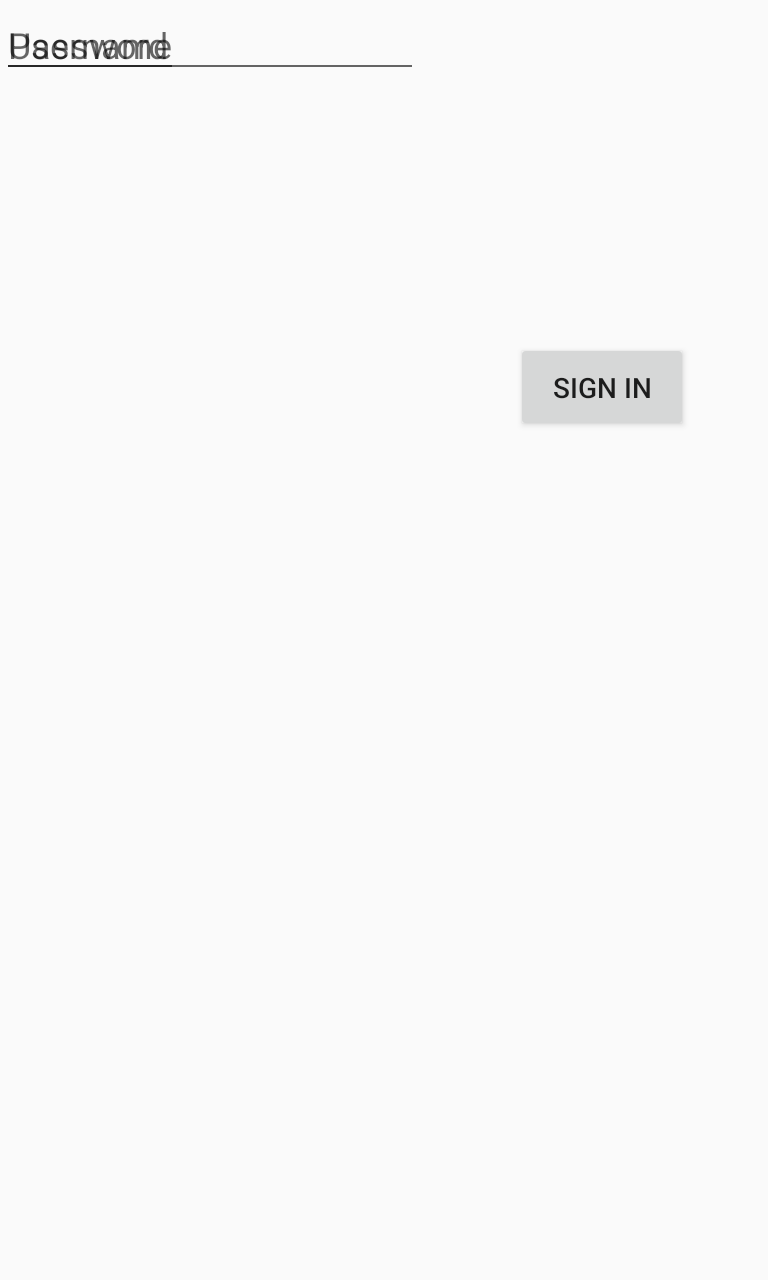
Repository: LogInc/oscar_app
Layout: Android/Oscar/res/layout/activity_login.xml
The author's editor kept a copy of each file at every save. The layout is drawn from the files as they stood at one save, then again after the next save.
It is drawn on a 768 x 1280 px phone screen (xhdpi) without system bars, with theme AppTheme; the app's code is not run.

Above is the layout before, as saved 2015-03-05 09:51:18.

### Android/Oscar/res/layout/activity_login.xml
<RelativeLayout xmlns:android="http://schemas.android.com/apk/res/android"
    xmlns:tools="http://schemas.android.com/tools"
    android:layout_width="match_parent"
    android:layout_height="match_parent"
    tools:context="${relativePackage}.${activityClass}" >

    <Button
        android:id="@+id/SignIn"
        android:layout_width="wrap_content"
        android:layout_height="wrap_content"
        android:layout_alignParentRight="true"
        android:layout_below="@+id/username"
        android:layout_marginRight="39dp"
        android:layout_marginTop="128dp"
        android:text="@string/SignIn" />

    <EditText
        android:id="@+id/password"
        android:layout_width="wrap_content"
        android:layout_height="wrap_content"




        android:ems="10"
        android:hint="@string/Password" />

    <EditText
        android:id="@+id/username"
        android:layout_width="wrap_content"
        android:layout_height="wrap_content"
        android:hint="@string/Username" />

    <ImageView
        android:id="@+id/imageView1"
        android:layout_width="wrap_content"
        android:layout_height="wrap_content"
        android:layout_alignBottom="@+id/username"
        android:layout_alignLeft="@+id/username"
        android:layout_marginBottom="62dp"
        android:src="@drawable/signup" />

</RelativeLayout>

### Android/Oscar/res/values/strings.xml
<?xml version="1.0" encoding="utf-8"?>
<resources>

    <string name="app_name">Oscar</string>
    <string name="title_activity_login">Login</string>
    <string name="hello_world">Hello world!</string>
    <string name="Password">Password</string>
    <string name="Username">Username</string>
    <string name="SignIn">Sign In</string>
    <string name="title_activity_home">Home</string>
    <string name="Modes">House Modes</string>
    <string name="OscarHouse">Enter Oscar Home</string>
    <string name="title_activity_modes">Modes</string>
    <string name="Gathering">Gathering Mode</string>
    <string name="Power">Power Saving</string>
    <string name="LightsOut">Lights Out</string>
    <string name="Study">Study Mode</string>
    <string name="State">No State</string>

</resources>

Loaded but not shown: Android/Oscar/res/values/styles.xml (common file); Android/Oscar/res/values-v11/styles.xml (common file); Android/Oscar/res/values-v14/styles.xml (common file)

After the next save:
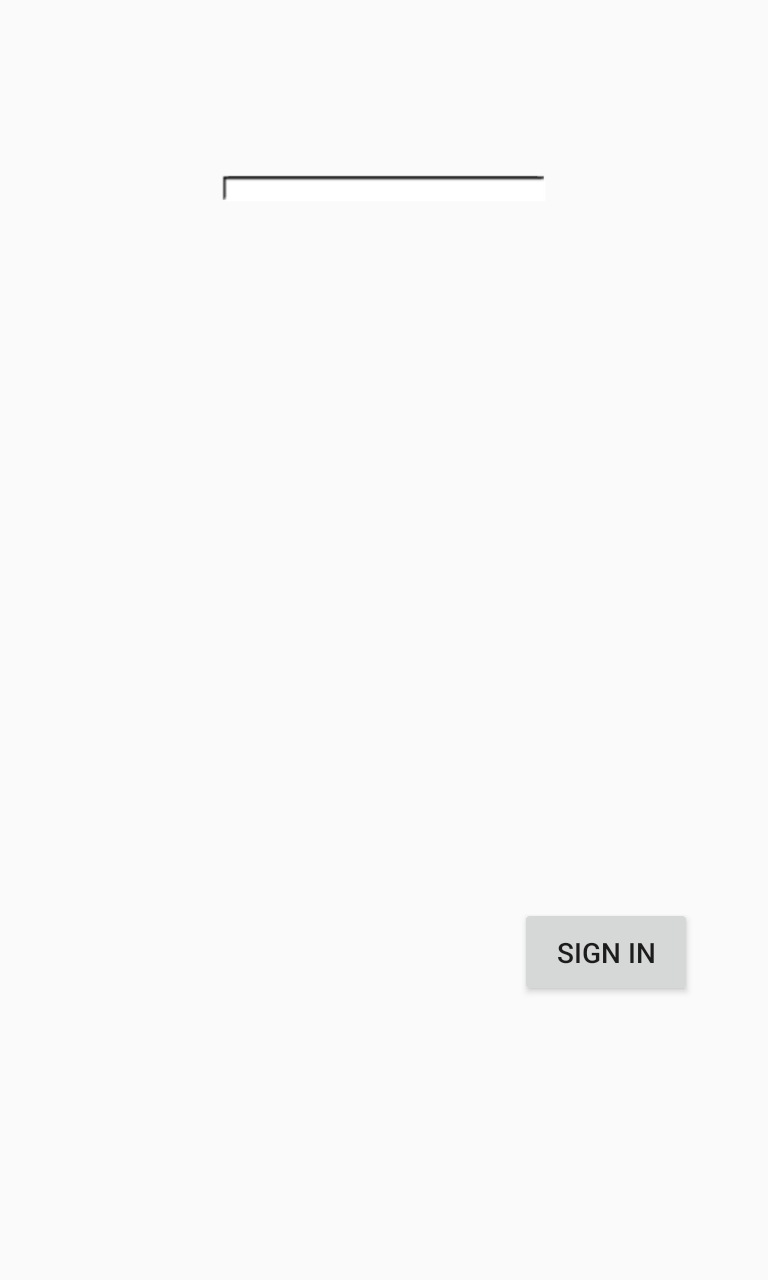
Saved 78 s later.
--- a/Android/Oscar/res/layout/activity_login.xml
+++ b/Android/Oscar/res/layout/activity_login.xml
@@ -4,40 +4,22 @@
     android:layout_height="match_parent"
     tools:context="${relativePackage}.${activityClass}" >
 
+    <ImageView
+        android:id="@+id/imageView1"
+        android:layout_width="200dp"
+        android:layout_height="wrap_content"
+        android:layout_centerHorizontal="true"
+        android:layout_marginTop="86dp"
+        android:src="@drawable/signup" />
+
     <Button
         android:id="@+id/SignIn"
         android:layout_width="wrap_content"
         android:layout_height="wrap_content"
+        android:layout_alignParentBottom="true"
         android:layout_alignParentRight="true"
-        android:layout_below="@+id/username"
-        android:layout_marginRight="39dp"
-        android:layout_marginTop="128dp"
+        android:layout_marginBottom="140dp"
+        android:layout_marginRight="37dp"
         android:text="@string/SignIn" />
 
-    <EditText
-        android:id="@+id/password"
-        android:layout_width="wrap_content"
-        android:layout_height="wrap_content"
-
-
-
-
-        android:ems="10"
-        android:hint="@string/Password" />
-
-    <EditText
-        android:id="@+id/username"
-        android:layout_width="wrap_content"
-        android:layout_height="wrap_content"
-        android:hint="@string/Username" />
-
-    <ImageView
-        android:id="@+id/imageView1"
-        android:layout_width="wrap_content"
-        android:layout_height="wrap_content"
-        android:layout_alignBottom="@+id/username"
-        android:layout_alignLeft="@+id/username"
-        android:layout_marginBottom="62dp"
-        android:src="@drawable/signup" />
-
 </RelativeLayout>
